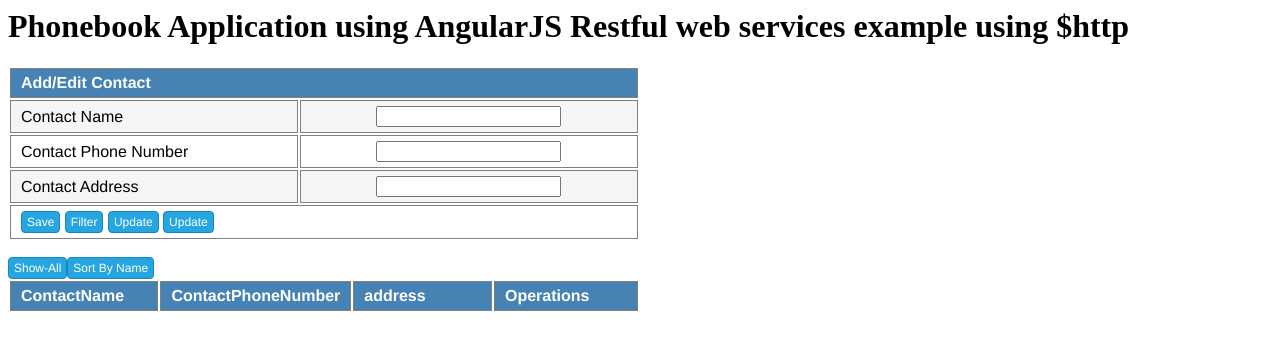
Repository: nagayyaguddadmath/JavaSimpleProjects
Page: simplephonebook/src/main/webapp/phonebook.html
An editor plug-in stored every save of this project. The page is shown before and after the next save, followed by the edit.
The browser window is 1280 px wide. The pictures show the whole page.
The page's requests for data from a server got no answer.

Above is the page before, as saved 2017-10-22 12:17:13.

After the next save:
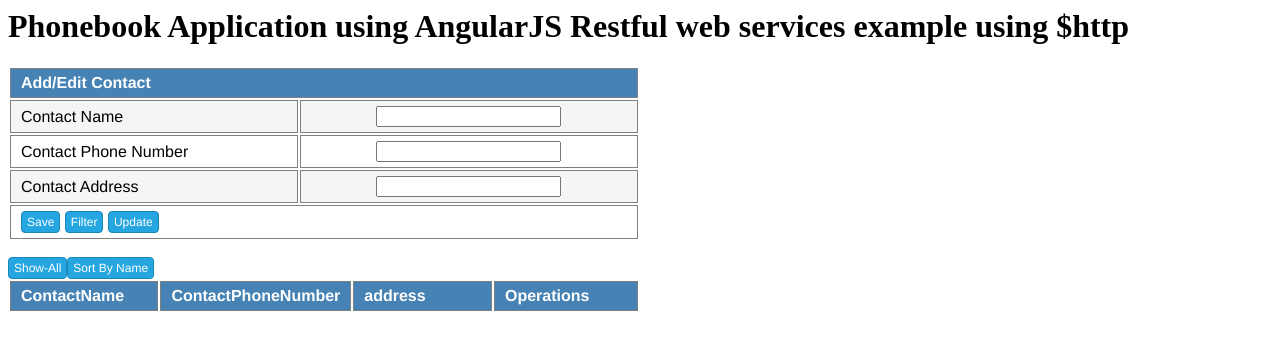
Saved 73 s later.
--- a/simplephonebook/src/main/webapp/phonebook.html
+++ b/simplephonebook/src/main/webapp/phonebook.html
@@ -112,7 +112,6 @@
 					<button ng-click="submitContact()"  class="blue-button" >Save</button>
 					<button ng-click="submitFilter()" class="blue-button" >Filter</button>
 					<button ng-click="updateContact()" class="blue-button" >Update</button>
-					<button ng-click="updateContact()" class="blue-button" >Update</button>
 
 					</td>
 				</tr>
